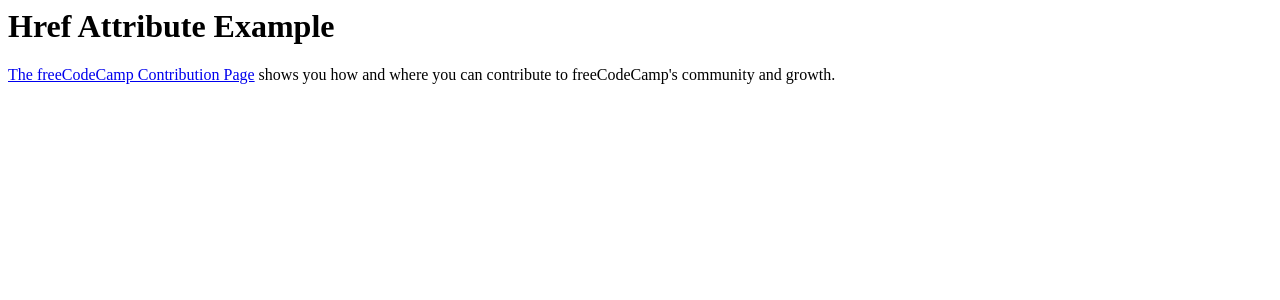
Repository: guilpassos/Ola-Mundo
Page: site-exemplo/index.html
These files come from the project's save history. The page is drawn as it stood at one moment and after the next save; the edit follows.
The browser window is 1280 px wide. The pictures show the whole page.

Above is the page before, as saved 2022-07-11 11:07:02.

### site-exemplo/index.html
<html>
  <head>
    <title>Href Attribute Example</title>
  </head>
  <body>
    <h1>Href Attribute Example</h1>
    <p>
      <a href="https://www.freecodecamp.org/contribute/">The freeCodeCamp Contribution Page</a> shows you how and where you can contribute to freeCodeCamp's community and growth.
    </p>
  </body>
</html>

After the next save:
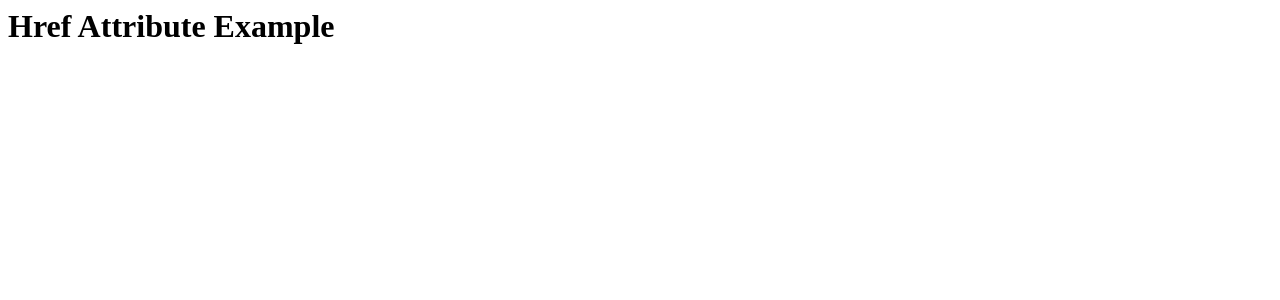
Saved 7 s later.
--- a/site-exemplo/index.html
+++ b/site-exemplo/index.html
@@ -5,7 +5,7 @@
   <body>
     <h1>Href Attribute Example</h1>
     <p>
-      <a href="https://www.freecodecamp.org/contribute/">The freeCodeCamp Contribution Page</a> shows you how and where you can contribute to freeCodeCamp's community and growth.
+      <a href="https://www.freecodecamp.org/contribute/">
     </p>
   </body>
 </html>
